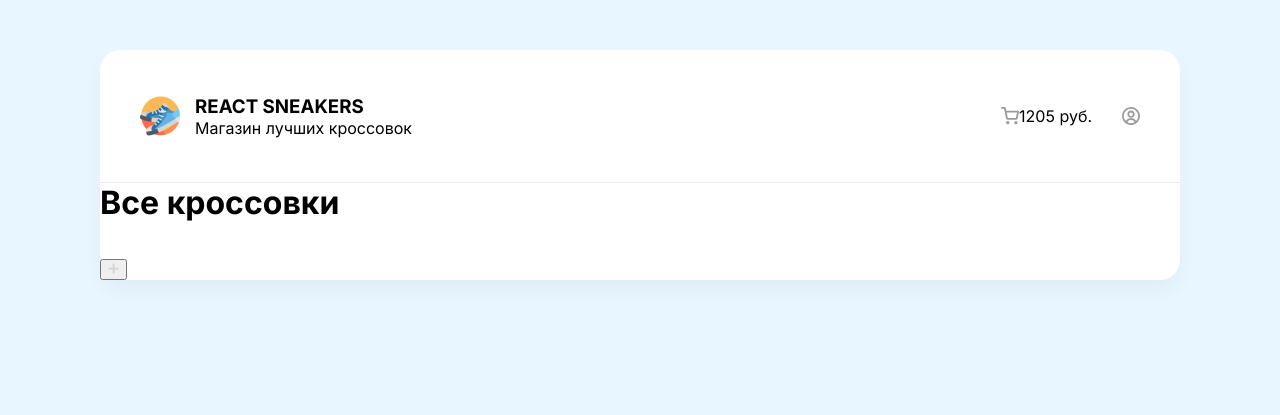
Repository: VaheHarutyunyan/react-sneakers
Page: /
The author's editor kept a copy of each file at every save. The page is drawn from the files as they stood at one save, then again after the next save.
The browser window is 1280 px wide. The pictures show the whole page.
The project was rebuilt for these pictures with package versions that can differ from the ones it lists, and the page was loaded fresh each time.

Above is the page before, as saved 2021-07-22 13:13:01.

### public/index.html
<!DOCTYPE html>
<html lang="en">

<head>
  <meta charset="utf-8" />
  <link rel="icon" href="%PUBLIC_URL%/favicon.ico" />
  <meta name="viewport" content="width=device-width, initial-scale=1" />
  <meta name="theme-color" content="#000000" />
  <meta name="description" content="Web site created using create-react-app" />
  <link rel="apple-touch-icon" href="%PUBLIC_URL%/logo192.png" />
  <!--
      manifest.json provides metadata used when your web app is installed on a
      user's mobile device or desktop. See https://developers.google.com/web/fundamentals/web-app-manifest/
    -->
  <link rel="manifest" href="%PUBLIC_URL%/manifest.json" />
  <!--
      Notice the use of %PUBLIC_URL% in the tags above.
      It will be replaced with the URL of the `public` folder during the build.
      Only files inside the `public` folder can be referenced from the HTML.

      Unlike "/favicon.ico" or "favicon.ico", "%PUBLIC_URL%/favicon.ico" will
      work correctly both with client-side routing and a non-root public URL.
      Learn how to configure a non-root public URL by running `npm run build`.
    -->
  <link rel="preconnect" href="https://fonts.googleapis.com">
  <link rel="preconnect" href="https://fonts.gstatic.com" crossorigin>
  <link href="https://fonts.googleapis.com/css2?family=Inter:wght@400;500;600;700;800&display=swap" rel="stylesheet">
  <title>React Sneakers</title>
</head>

<body>
  <noscript>You need to enable JavaScript to run this app.</noscript>
  <div id="root"></div>
  <!--
      This HTML file is a template.
      If you open it directly in the browser, you will see an empty page.

      You can add webfonts, meta tags, or analytics to this file.
      The build step will place the bundled scripts into the <body> tag.

      To begin the development, run `npm start` or `yarn start`.
      To create a production bundle, use `npm run build` or `yarn build`.
    -->
</body>

</html>

### src/index.scss
// @import url('https://fonts.googleapis.com/css2?family=Inter:wght@400;500;600;700;800&display=swap');

body {
  margin: 0;
  font-family:'Inter', system-ui;
  -webkit-font-smoothing: antialiased;
  -moz-osx-font-smoothing: grayscale;
  background: #E7F6FF;
}
*{
  list-style: none;
  text-decoration: none;
}
.wrapper{
  background: #FFFFFF;
  box-shadow: 0px 10px 20px rgba(0, 0, 0, 0.04);
  border-radius: 20px;
  max-width: 1080px;
  margin: 50px auto;
}
header{
  display: flex;
  justify-content: space-between;
  align-items: center;
  padding: 40px;
  border-bottom: 1px solid #EAEAEA;

  .headerLeft{
    display: flex;
    align-items: center;

    img{
      margin-right: 15px;
    }
    h3,p{
      margin: 0;
    }
    .headerInfo{
      h3{
        text-transform: uppercase;
      }
    }
  }
  .headerRight{
    display: flex;
    li{
      display: flex;
      align-items: center;
    }
    .chart{
      margin-right: 30px;
    }
  }
}
.content{
  h1{
    margin: 0;
  }
}

### src/App.js

function App() {
  return (
    <div className="wrapper">
      <header>
        <div className="headerLeft">
          <img width="40" height="40" src="/img/logo.png" alt="logo" />
          <div className="headerInfo">
            <h3>REACT SNEAKERS</h3>
            <p>Магазин лучших кроссовок</p>
          </div>
        </div>
        <ul className="headerRight">
          <li className="chart">
            <img src="/img/cart.svg" width={18} height={18} alt="" />
            <span>1205 руб.</span>
          </li>
          <li>
            <img src="/img/user.svg" width={18} height={18} alt="" />
          </li>
        </ul>
      </header>
      <div className="content">
        <h1>Все кроссовки</h1>
        <div className="card">
          <img src="" alt="" />
          <p></p>
          <div>
            <div>
              <span></span>
              <b></b>
            </div>
            <button>
              <img src="/img/plus.svg" alt="" height={11} width={11} />
            </button>
          </div>
        </div>
      </div>
    </div>
  );
}

export default App;

Loaded but not shown: src/index.js (common file)

After the next save:
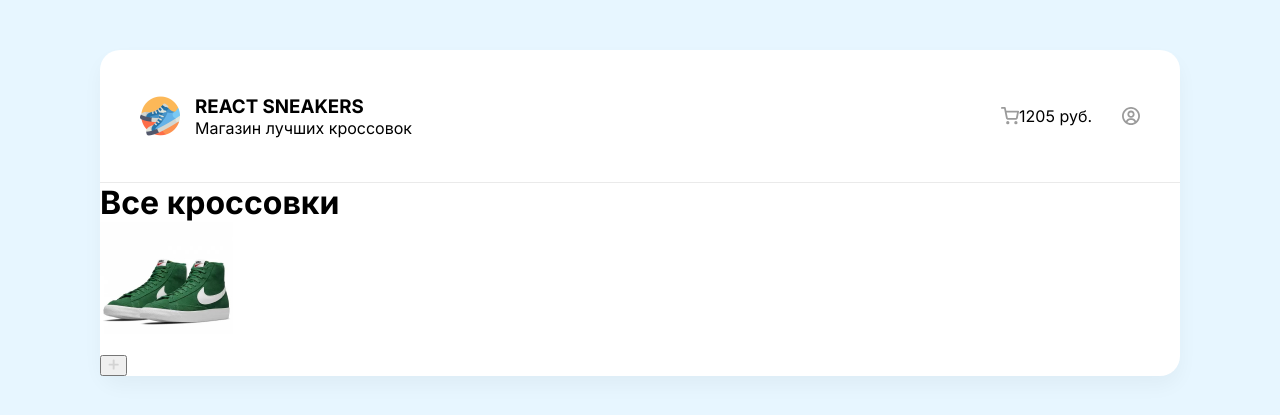
Saved 8 min 1 s later.
--- a/src/App.js
+++ b/src/App.js
@@ -23,7 +23,7 @@
       <div className="content">
         <h1>Все кроссовки</h1>
         <div className="card">
-          <img src="" alt="" />
+          <img src="img/1.jpg" width={133} height={112} alt="" />
           <p></p>
           <div>
             <div>
